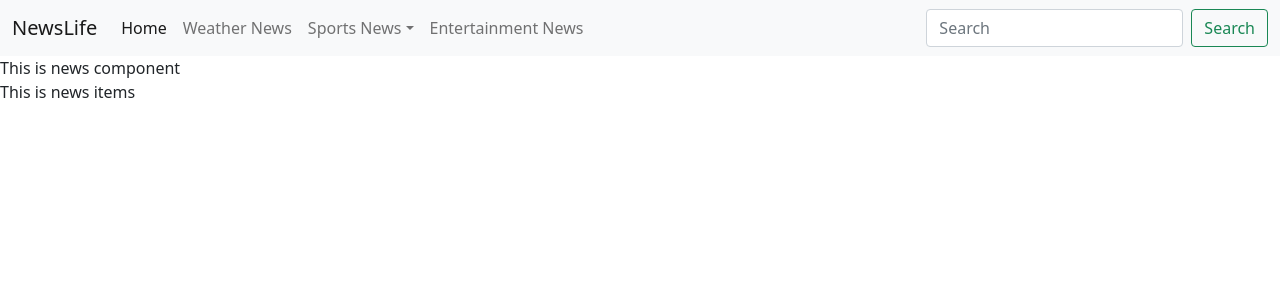
Repository: R-cpu-jpg/Newsapp.github.io
Page: /
An editor plug-in stored every save of this project. The page is shown before and after the next save, followed by the edit.
The browser window is 1280 px wide. The pictures show the whole page.
The project was rebuilt for these pictures with package versions that can differ from the ones it lists, and the page was loaded fresh each time. Also part of the build but not shown: src/index.css, src/App.css.

Above is the page before, as saved 2023-01-18 11:16:21.

After the next save:
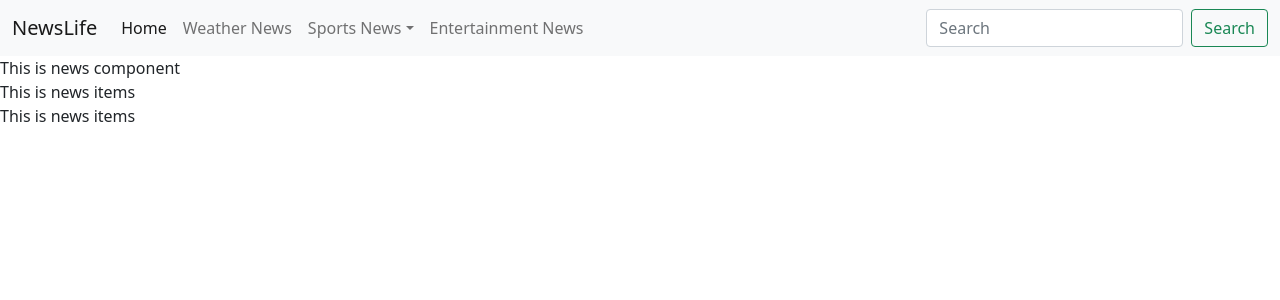
Saved 59 s later.
--- a/src/Components/News.js
+++ b/src/Components/News.js
@@ -1,10 +1,12 @@
 import React, { Component } from 'react'
+import NewsItem from './NewsItem'
 
 export class News extends Component {
   render() {
     return (
       <div>
         This is news component
+        <NewsItem/>
       </div>
     )
   }

After the save that followed:
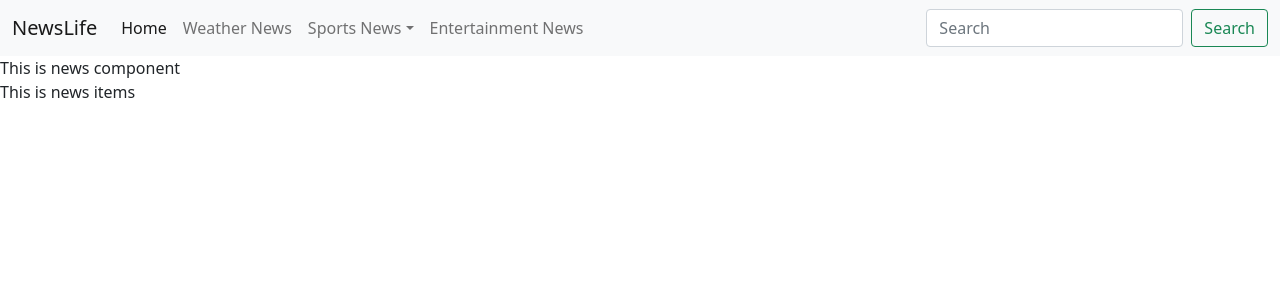
Saved 47 s later.
--- a/src/App.js
+++ b/src/App.js
@@ -4,7 +4,6 @@
 import React, { Component } from 'react'
 import Navbar from './Components/Navbar';
 import News from './Components/News';
-import NewsItem from './Components/NewsItem';
 
 export default class App extends Component {
   render() {
@@ -12,7 +11,6 @@
       <div>
         <Navbar/>
         <News/>
-        <NewsItem/>
       </div>
     )
   }
